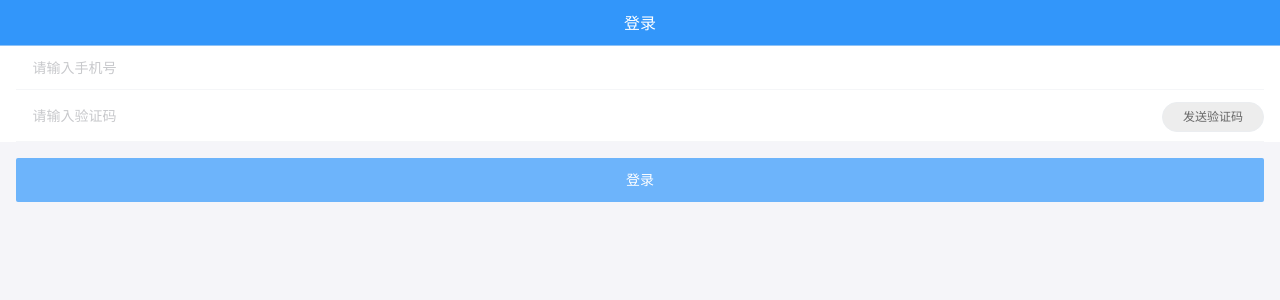
Repository: xn-lb/toutiao-mb
Page: /#/login
The author's editor kept a copy of each file at every save. The page is drawn from the files as they stood at one save, then again after the next save.
The browser window is 1280 px wide. The pictures show the whole page.
Some web fonts or font styles are not loaded; a fallback is used. The project was rebuilt for these pictures with package versions that can differ from the ones it lists, and the page was loaded fresh each time. Also part of the build but not shown: vue.config.js.

Above is the page before, as saved 2023-03-22 20:24:30.

### src/main.js
import Vue from 'vue'
import App from './App.vue'
import router from './router'
import store from './store'
// 加载全局样式
import './styles/index.less'
import Vant from 'vant' //加载Vant 组件库
import 'vant/lib/index.css'
import 'amfe-flexible' //加载动态设置  rem 基准值

Vue.use(Vant); //注册使用组件库

Vue.config.productionTip = false

new Vue({
    router,
    store,
    render: h => h(App)
}).$mount('#app')

### src/App.vue
<template>
  <div id="app">
  <!-- 路由的出口 -->
    <router-view></router-view>



  </div>
</template>
<script>
export default {
  name: 'APP'
}
</script>
<style lang="less">

</style>

### src/router/index.js
import Vue from 'vue'
import VueRouter from 'vue-router'



Vue.use(VueRouter)

// 路由表
const routes = [{
    path: '/login',
    name: 'LoginIndex',
    component: () =>
        import ('@/views/login')
}]

const router = new VueRouter({
    routes
})

export default router

### src/styles/index.less
// 全局样式文件
// 加载图标样式
@import "./icon.less";

body{
    background-color: #f5f5f9;
}
.page-nav-bar{
    background-color: #3296fa;
    .van-nav-bar__title{
        color: #fff;
    }
}

### src/views/login/index.vue
<template>
  <div class="login-container">
    <!-- 导航栏 -->
    <van-nav-bar class="page-nav-bar" title="登录" />

    <!-- 登录表单 -->
    <van-form @submit="onSubmit">
  <van-field

    name="用户名"
    placeholder="请输入手机号"
   >
      <i slot="left-icon" class="toutiao toutiao-shouji"></i>
   </van-field>
  <van-field
    type="password"
    name="密码"
    placeholder="请输入验证码"
  >
   <i slot="left-icon" class="toutiao toutiao-yanzhengma"></i>
   <template #button>
    <van-button size="small" type="default" round class="send-sms-btn">发送验证码</van-button>
  </template>
  </van-field>
  <div style="margin: 16px;">
    <van-button  block type="info" native-type="submit" class="login-btn-wrap"><span class="lg_btn">登录</span></van-button>
  </div>
</van-form>
  </div>
</template>

<script>
export default {
  name: 'LoginPage',
  components: {},
  props: {},
  data () {
    return {}
  },
  computed: {},
  watch: {},
  created () {},
  mounted () {},
  methods: {}
}
</script>

<style scoped lang="less">
.page-nav-bar{
  background-color:#3296fa;
}
.login-container{
  .toutiao{
    font-style: 37px;
  }
}
.send-sms-btn{
  background-color: #ededed;
  font-style: 22px;
  color: #666;
  width: 102px;
  height: 30px;
  // line-height: 46;
}
.login-btn-wrap{
  background-color: #6db4fb;
  border: none;
  font-style: 42px;
  .lg_btn{
    font-style: 50px;
  }
}
</style>

### src/styles/icon.less
@font-face {
    font-family: "toutiao"; /* Project id 3968849 */
    src: url('//at.alicdn.com/t/c/font_3968849_y288fdc89co.eot?t=1679462277967'); /* IE9 */
    src: url('//at.alicdn.com/t/c/font_3968849_y288fdc89co.eot?t=1679462277967#iefix') format('embedded-opentype'), /* IE6-IE8 */
         url('//at.alicdn.com/t/c/font_3968849_y288fdc89co.woff2?t=1679462277967') format('woff2'),
         url('//at.alicdn.com/t/c/font_3968849_y288fdc89co.woff?t=1679462277967') format('woff'),
         url('//at.alicdn.com/t/c/font_3968849_y288fdc89co.ttf?t=1679462277967') format('truetype'),
         url('//at.alicdn.com/t/c/font_3968849_y288fdc89co.svg?t=1679462277967#toutiao') format('svg');
  }

  .toutiao {
    font-family: "toutiao" !important;
    font-size: 16px;
    font-style: normal;
    -webkit-font-smoothing: antialiased;
    -moz-osx-font-smoothing: grayscale;
  }

  .toutiao-guanbi:before {
    content: "\e601";
  }

  .toutiao-gengduo:before {
    content: "\e602";
  }

  .toutiao-pinglun:before {
    content: "\e603";
  }

  .toutiao-shanchu:before {
    content: "\e604";
  }

  .toutiao-dianzan:before {
    content: "\e605";
  }

  .toutiao-lishi:before {
    content: "\e606";
  }

  .toutiao-shipin:before {
    content: "\e607";
  }

  .toutiao-shoucang:before {
    content: "\e608";
  }

  .toutiao-yanzhengma:before {
    content: "\e609";
  }

  .toutiao-wenda:before {
    content: "\e60a";
  }

  .toutiao-fenxiang:before {
    content: "\e60b";
  }

  .toutiao-youjiantou:before {
    content: "\e60c";
  }

  .toutiao-wuwangluo:before {
    content: "\e60d";
  }

  .toutiao-shouji:before {
    content: "\e60e";
  }

  .toutiao-zuojiantou:before {
    content: "\e60f";
  }

  .toutiao-shouye:before {
    content: "\e610";
  }

  .toutiao-wode:before {
    content: "\e611";
  }

  .toutiao-sousuo:before {
    content: "\e612";
  }

  .toutiao-zuopin:before {
    content: "\e613";
  }

  .toutiao-yuedu:before {
    content: "\e614";
  }

Loaded but not shown: public/index.html (common file); src/store/index.js (common file)

After the next save:
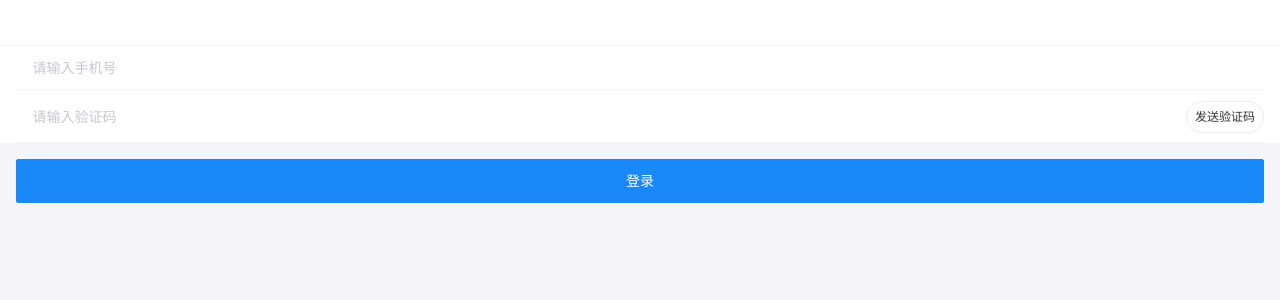
Saved 27 s later.
--- a/src/views/login/index.vue
+++ b/src/views/login/index.vue
@@ -66,8 +66,3 @@ export default {
   background-color: #6db4fb;
   border: none;
   font-style: 42px;
-  .lg_btn{
-    font-style: 50px;
-  }
-}
-</style>

After the save that followed:
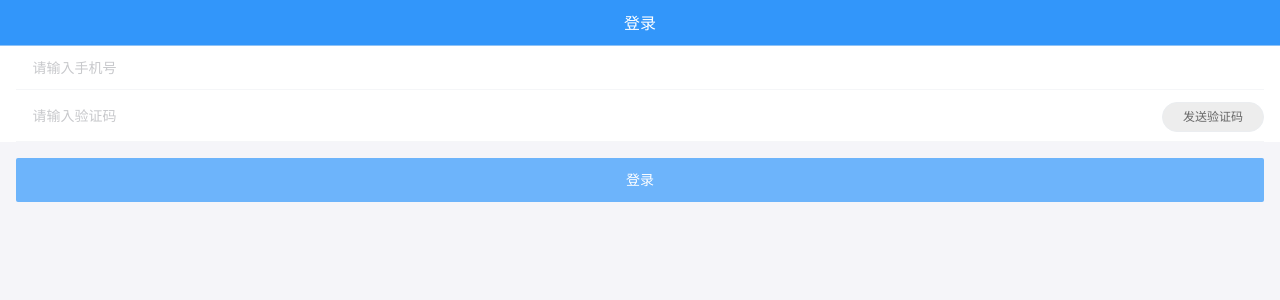
Saved 16 s later.
--- a/src/views/login/index.vue
+++ b/src/views/login/index.vue
@@ -66,3 +66,6 @@ export default {
   background-color: #6db4fb;
   border: none;
   font-style: 42px;
+
+}
+</style>
